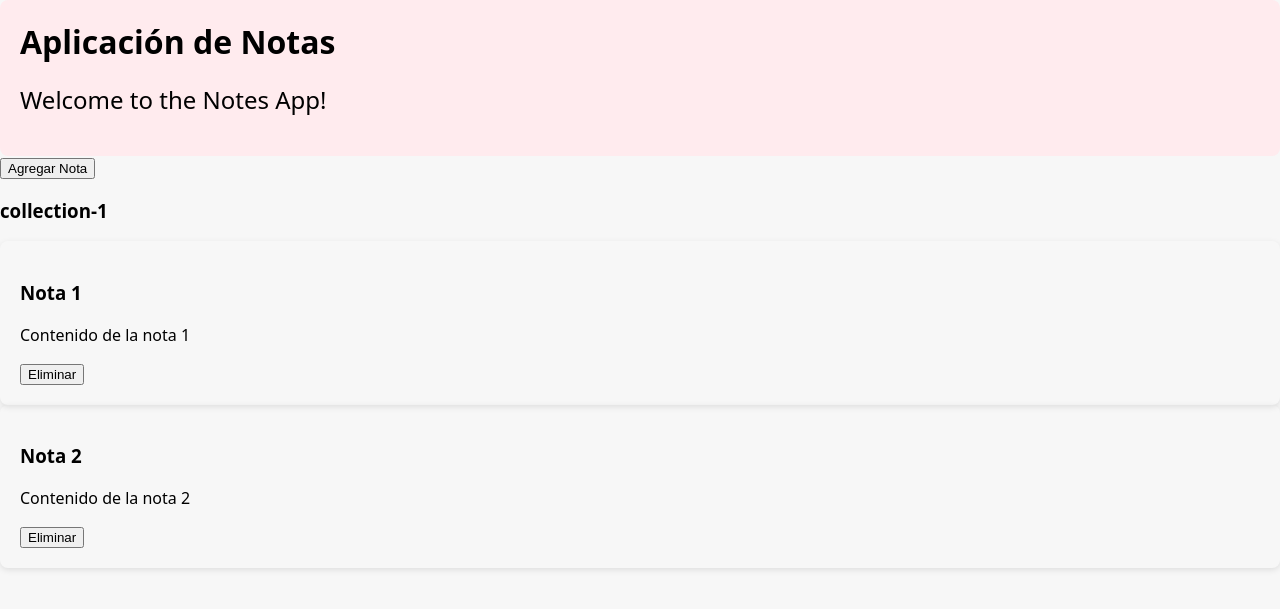
Repository: xunxuno/aplicacion_web_notas
Page: / (app in notas_web_app/)
The author's editor kept a copy of each file at every save. The page is drawn from the files as they stood at one save, then again after the next save.
The browser window is 1280 px wide. The pictures show the whole page.
The project was rebuilt for these pictures with package versions that can differ from the ones it lists, and the page was loaded fresh each time. Also part of the build but not shown: notas_web_app/vite.config.ts, notas_web_app/src/components/NoteModal.tsx.

Above is the page before, as saved 2024-10-02 10:15:37.

After the next save:
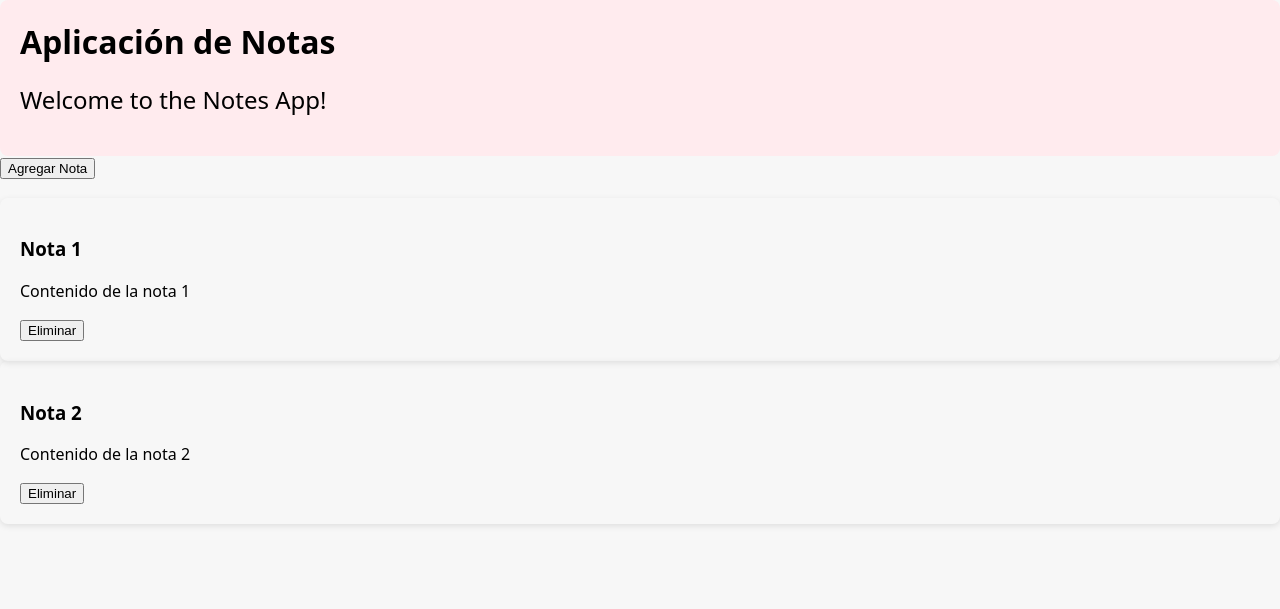
Saved 51 s later.
--- a/notas_web_app/src/contexts/NotesContext.tsx
+++ b/notas_web_app/src/contexts/NotesContext.tsx
@@ -46,7 +46,7 @@
 const initialState: NotesState = {
   collections: [
     {
-      id: 'collection-1',
+      id: '',
       notes: [
         { id: 'note-1', title: 'Nota 1', content: 'Contenido de la nota 1' },
         { id: 'note-2', title: 'Nota 2', content: 'Contenido de la nota 2' },

After the save that followed:
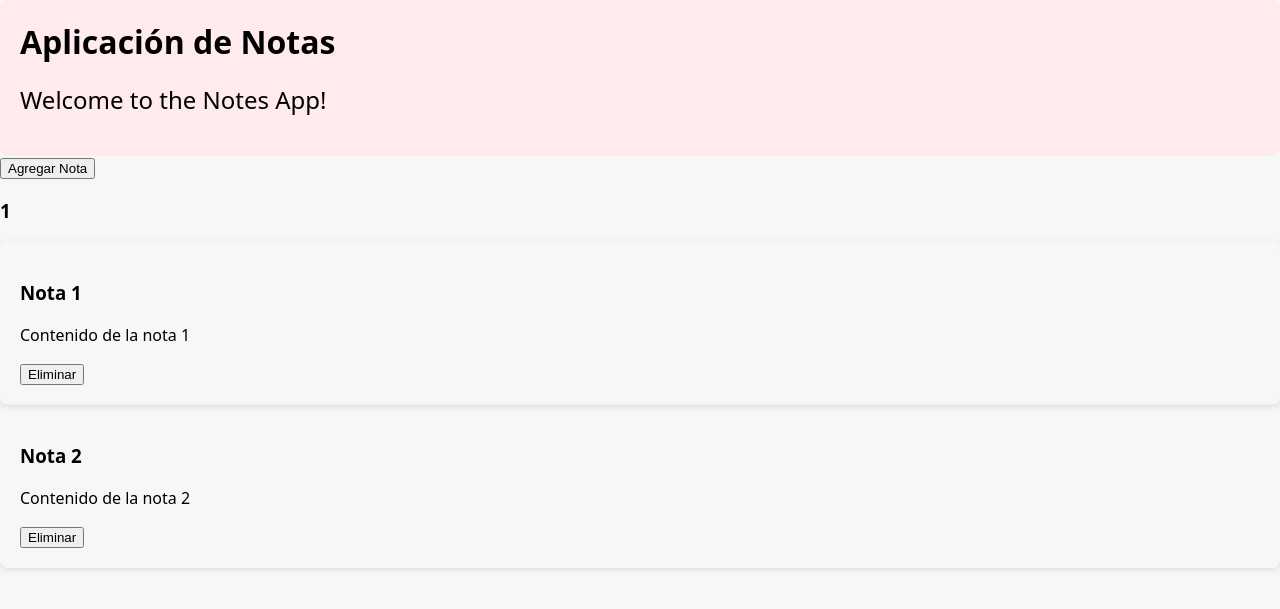
Saved 28 s later.
--- a/notas_web_app/src/contexts/NotesContext.tsx
+++ b/notas_web_app/src/contexts/NotesContext.tsx
@@ -46,7 +46,7 @@
 const initialState: NotesState = {
   collections: [
     {
-      id: '',
+      id: '1',
       notes: [
         { id: 'note-1', title: 'Nota 1', content: 'Contenido de la nota 1' },
         { id: 'note-2', title: 'Nota 2', content: 'Contenido de la nota 2' },
